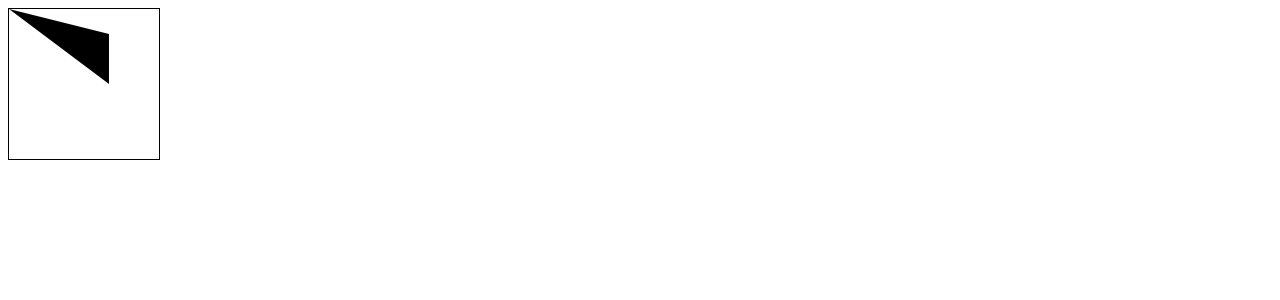
Repository: SeungYn/Javascript-study-toy
Page: canvas-tutorial/index.html
The author's editor kept a copy of each file at every save. The page is drawn from the files as they stood at one save, then again after the next save.
The browser window is 1280 px wide. The pictures show the whole page.

Above is the page before, as saved 2023-03-14 12:04:18.

### canvas-tutorial/index.html
<!DOCTYPE html>
<html lang="kr">
  <head>
    <meta charset="UTF-8" />
    <meta http-equiv="X-UA-Compatible" content="IE=edge" />
    <meta name="viewport" content="width=device-width, initial-scale=1.0" />

    <style type="text/css">
      #tutorial {
        border: 1px solid black;
      }
    </style>
  </head>
  <body>
    <canvas id="tutorial" width="150" height="150"></canvas>
  </body>

  <script>
    const canvas = document.getElementById('tutorial');
    var ctx = canvas.getContext('2d');

    ctx.beginPath();
    ctx.moveTo(0, 0); //시작 위치를 정함
    ctx.lineTo(100, 75); // 두번쨰 점
    ctx.lineTo(100, 25); // 세번째 점
    ctx.fill(); // 점들을 이어서 그리기

    fetch('/data.json')
      .then((item) => item.json())
      .then((res) => console.log(res));
  </script>
</html>

### canvas-tutorial/data.json
{
  "type": "Flexsys Mock API",
  "version": 1.0,
  "response": {
    "2023-02-01 14:32:00": {
      "id": "성북구",
      "value_area": 46,
      "value_bar": 13111
    },
    "2023-02-01 14:32:05": {
      "id": "강남구",
      "value_area": 9,
      "value_bar": 19143
    },
    "2023-02-01 14:32:10": {
      "id": "노원구",
      "value_area": 79,
      "value_bar": 14798
    },
    "2023-02-01 14:32:15": {
      "id": "중랑구",
      "value_area": 4,
      "value_bar": 14456
    },
    "2023-02-01 14:32:20": {
      "id": "노원구",
      "value_area": 97,
      "value_bar": 19116
    },
    "2023-02-01 14:32:25": {
      "id": "성북구",
      "value_area": 66,
      "value_bar": 18098
    },
    "2023-02-01 14:32:30": {
      "id": "중랑구",
      "value_area": 84,
      "value_bar": 16243
    },
    "2023-02-01 14:32:35": {
      "id": "강남구",
      "value_area": 5,
      "value_bar": 13100
    },
    "2023-02-01 14:32:40": {
      "id": "성북구",
      "value_area": 13,
      "value_bar": 19429
    },
    "2023-02-01 14:32:45": {
      "id": "노원구",
      "value_area": 50,
      "value_bar": 14923
    },
    "2023-02-01 14:32:50": {
      "id": "강남구",
      "value_area": 24,
      "value_bar": 10127
    },
    "2023-02-01 14:32:55": {
      "id": "강남구",
      "value_area": 98,
      "value_bar": 12583
    },
    "2023-02-01 14:33:00": {
      "id": "중랑구",
      "value_area": 7,
      "value_bar": 12310
    },
    "2023-02-01 14:33:05": {
      "id": "중랑구",
      "value_area": 21,
      "value_bar": 15764
    },
    "2023-02-01 14:33:10": {
      "id": "강남구",
      "value_area": 67,
      "value_bar": 11060
    },
    "2023-02-01 14:33:15": {
      "id": "강남구",
      "value_area": 69,
      "value_bar": 14857
    },
    "2023-02-01 14:33:20": {
      "id": "노원구",
      "value_area": 86,
      "value_bar": 13995
    },
    "2023-02-01 14:33:25": {
      "id": "중랑구",
      "value_area": 59,
      "value_bar": 14773
    },
    "2023-02-01 14:33:30": {
      "id": "노원구",
      "value_area": 77,
      "value_bar": 18347
    },
    "2023-02-01 14:33:35": {
      "id": "성북구",
      "value_area": 77,
      "value_bar": 15970
    },
    "2023-02-01 14:33:40": {
      "id": "성북구",
      "value_area": 27,
      "value_bar": 18577
    },
    "2023-02-01 14:33:45": {
      "id": "성북구",
      "value_area": 33,
      "value_bar": 11704
    },
    "2023-02-01 14:33:50": {
      "id": "성북구",
      "value_area": 17,
      "value_bar": 17241
    },
    "2023-02-01 14:33:55": {
      "id": "노원구",
      "value_area": 22,
      "value_bar": 14450
    },
    "2023-02-01 14:34:00": {
      "id": "중랑구",
      "value_area": 27,
      "value_bar": 14970
    },
    "2023-02-01 14:34:05": {
      "id": "중랑구",
      "value_area": 99,
      "value_bar": 17906
    },
    "2023-02-01 14:34:10": {
      "id": "강남구",
      "value_area": 65,
      "value_bar": 11233
    },
    "2023-02-01 14:34:15": {
      "id": "노원구",
      "value_area": 38,
      "value_bar": 17306
    },
    "2023-02-01 14:34:20": {
      "id": "성북구",
      "value_area": 63,
      "value_bar": 14577
    },
    "2023-02-01 14:34:25": {
      "id": "중랑구",
      "value_area": 58,
      "value_bar": 13199
    },
    "2023-02-01 14:34:30": {
      "id": "중랑구",
      "value_area": 93,
      "value_bar": 12707
    },
    "2023-02-01 14:34:35": {
      "id": "강남구",
      "value_area": 74,
      "value_bar": 15064
    },
    "2023-02-01 14:34:40": {
      "id": "강남구",
      "value_area": 45,
      "value_bar": 16300
    },
    "2023-02-01 14:34:45": {
      "id": "성북구",
      "value_area": 7,
      "value_bar": 14605
    },
    "2023-02-01 14:34:50": {
      "id": "노원구",
      "value_area": 7,
      "value_bar": 15210
    },
    "2023-02-01 14:34:55": {
      "id": "성북구",
      "value_area": 89,
      "value_bar": 13578
    },
    "2023-02-01 14:35:00": {
      "id": "중랑구",
      "value_area": 37,
      "value_bar": 11298
    },
    "2023-02-01 14:35:05": {
      "id": "노원구",
      "value_area": 82,
      "value_bar": 15686
    },
    "2023-02-01 14:35:10": {
      "id": "중랑구",
      "value_area": 19,
      "value_bar": 11485
    },
    "2023-02-01 14:35:15": {
      "id": "성북구",
      "value_area": 37,
      "value_bar": 16848
    },
    "2023-02-01 14:35:20": {
      "id": "성북구",
      "value_area": 91,
      "value_bar": 18670
    },
    "2023-02-01 14:35:25": {
      "id": "강남구",
      "value_area": 44,
      "value_bar": 17165
    },
    "2023-02-01 14:35:30": {
      "id": "성북구",
      "value_area": 88,
      "value_bar": 15053
    },
    "2023-02-01 14:35:35": {
      "id": "성북구",
      "value_area": 1,
      "value_bar": 14998
    },
    "2023-02-01 14:35:40": {
      "id": "강남구",
      "value_area": 7,
      "value_bar": 17739
    },
    "2023-02-01 14:35:45": {
      "id": "중랑구",
      "value_area": 17,
      "value_bar": 19212
    },
    "2023-02-01 14:35:50": {
      "id": "노원구",
      "value_area": 73,
      "value_bar": 16757
    },
    "2023-02-01 14:35:55": {
      "id": "노원구",
      "value_area": 24,
      "value_bar": 12864
    },
    "2023-02-01 14:36:00": {
      "id": "노원구",
      "value_area": 99,
      "value_bar": 10178
    },
    "2023-02-01 14:36:05": {
      "id": "성북구",
      "value_area": 13,
      "value_bar": 19425
    },
    "2023-02-01 14:36:10": {
      "id": "강남구",
      "value_area": 2,
      "value_bar": 12455
    },
    "2023-02-01 14:36:15": {
      "id": "노원구",
      "value_area": 91,
      "value_bar": 16945
    },
    "2023-02-01 14:36:20": {
      "id": "성북구",
      "value_area": 10,
      "value_bar": 13734
    },
    "2023-02-01 14:36:25": {
      "id": "성북구",
      "value_area": 14,
      "value_bar": 13894
    },
    "2023-02-01 14:36:30": {
      "id": "중랑구",
      "value_area": 82,
      "value_bar": 19367
    },
    "2023-02-01 14:36:35": {
      "id": "중랑구",
      "value_area": 71,
      "value_bar": 15492
    },
    "2023-02-01 14:36:40": {
      "id": "강남구",
      "value_area": 2,
      "value_bar": 19082
    },
    "2023-02-01 14:36:45": {
      "id": "노원구",
      "value_area": 24,
      "value_bar": 13117
    },
    "2023-02-01 14:36:50": {
      "id": "노원구",
      "value_area": 96,
      "value_bar": 15744
    },
    "2023-02-01 14:36:55": {
      "id": "성북구",
      "value_area": 74,
      "value_bar": 15609
    },
    "2023-02-01 14:37:00": {
      "id": "노원구",
      "value_area": 48,
      "value_bar": 14747
    },
    "2023-02-01 14:37:05": {
      "id": "중랑구",
      "value_area": 34,
      "value_bar": 15331
    },
    "2023-02-01 14:37:10": {
      "id": "노원구",
      "value_area": 73,
      "value_bar": 12292
    },
    "2023-02-01 14:37:15": {
      "id": "강남구",
      "value_area": 77,
      "value_bar": 11454
    },
    "2023-02-01 14:37:20": {
      "id": "강남구",
      "value_area": 94,
      "value_bar": 12972
    },
    "2023-02-01 14:37:25": {
      "id": "성북구",
      "value_area": 29,
      "value_bar": 19279
    },
    "2023-02-01 14:37:30": {
      "id": "노원구",
      "value_area": 73,
      "value_bar": 18371
    },
    "2023-02-01 14:37:35": {
      "id": "노원구",
      "value_area": 50,
      "value_bar": 13317
    },
    "2023-02-01 14:37:40": {
      "id": "강남구",
      "value_area": 65,
      "value_bar": 18504
    },
    "2023-02-01 14:37:45": {
      "id": "성북구",
      "value_area": 87,
      "value_bar": 16196
    },
    "2023-02-01 14:37:50": {
      "id": "강남구",
      "value_area": 14,
      "value_bar": 19701
    },
    "2023-02-01 14:37:55": {
      "id": "중랑구",
      "value_area": 80,
      "value_bar": 14836
    },
    "2023-02-01 14:38:00": {
      "id": "노원구",
      "value_area": 14,
      "value_bar": 13074
    },
    "2023-02-01 14:38:05": {
      "id": "성북구",
      "value_area": 25,
      "value_bar": 18335
    },
    "2023-02-01 14:38:10": {
      "id": "중랑구",
      "value_area": 22,
      "value_bar": 15022
    },
    "2023-02-01 14:38:15": {
      "id": "노원구",
      "value_area": 6,
      "value_bar": 12043
    },
    "2023-02-01 14:38:20": {
      "id": "중랑구",
      "value_area": 88,
      "value_bar": 11144
    },
    "2023-02-01 14:38:25": {
      "id": "강남구",
      "value_area": 1,
      "value_bar": 17518
    },
    "2023-02-01 14:38:30": {
      "id": "노원구",
      "value_area": 90,
      "value_bar": 18643
    },
    "2023-02-01 14:38:35": {
      "id": "성북구",
      "value_area": 98,
      "value_bar": 18318
    },
    "2023-02-01 14:38:40": {
      "id": "중랑구",
      "value_area": 4,
      "value_bar": 10746
    },
    "2023-02-01 14:38:45": {
      "id": "강남구",
      "value_area": 43,
      "value_bar": 18806
    },
    "2023-02-01 14:38:50": {
      "id": "중랑구",
      "value_area": 43,
      "value_bar": 16209
    },
    "2023-02-01 14:38:55": {
      "id": "강남구",
      "value_area": 91,
      "value_bar": 14273
    },
    "2023-02-01 14:39:00": {
      "id": "성북구",
      "value_area": 31,
      "value_bar": 19193
    },
    "2023-02-01 14:39:05": {
      "id": "성북구",
      "value_area": 92,
      "value_bar": 19661
    },
    "2023-02-01 14:39:10": {
      "id": "노원구",
      "value_area": 20,
      "value_bar": 19574
    },
    "2023-02-01 14:39:15": {
      "id": "중랑구",
      "value_area": 72,
      "value_bar": 18963
    },
    "2023-02-01 14:39:20": {
      "id": "강남구",
      "value_area": 15,
      "value_bar": 13083
    },
    "2023-02-01 14:39:25": {
      "id": "성북구",
      "value_area": 34,
      "value_bar": 12868
    },
    "2023-02-01 14:39:30": {
      "id": "강남구",
      "value_area": 44,
      "value_bar": 10836
    },
    "2023-02-01 14:39:35": {
      "id": "중랑구",
      "value_area": 13,
      "value_bar": 14255
    },
    "2023-02-01 14:39:40": {
      "id": "노원구",
      "value_area": 35,
      "value_bar": 15437
    },
    "2023-02-01 14:39:45": {
      "id": "중랑구",
      "value_area": 95,
      "value_bar": 18426
    },
    "2023-02-01 14:39:50": {
      "id": "강남구",
      "value_area": 61,
      "value_bar": 11387
    },
    "2023-02-01 14:39:55": {
      "id": "성북구",
      "value_area": 18,
      "value_bar": 14312
    },
    "2023-02-01 14:40:00": {
      "id": "성북구",
      "value_area": 18,
      "value_bar": 18700
    },
    "2023-02-01 14:40:05": {
      "id": "중랑구",
      "value_area": 92,
      "value_bar": 18053
    },
    "2023-02-01 14:40:10": {
      "id": "강남구",
      "value_area": 75,
      "value_bar": 13460
    },
    "2023-02-01 14:40:15": {
      "id": "성북구",
      "value_area": 15,
      "value_bar": 14829
    }
  }
}

After the next save:
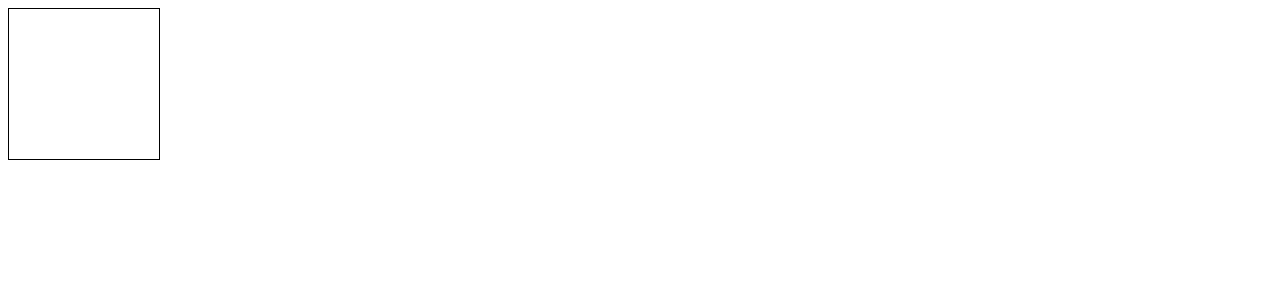
Console error: SyntaxError: Missing initializer in const declaration
Saved 26 s later.
--- a/canvas-tutorial/index.html
+++ b/canvas-tutorial/index.html
@@ -16,17 +16,18 @@
   </body>
 
   <script>
-    const canvas = document.getElementById('tutorial');
-    var ctx = canvas.getContext('2d');
+      const canvas = document.getElementById('tutorial');
+      var ctx = canvas.getContext('2d');
 
-    ctx.beginPath();
-    ctx.moveTo(0, 0); //시작 위치를 정함
-    ctx.lineTo(100, 75); // 두번쨰 점
-    ctx.lineTo(100, 25); // 세번째 점
-    ctx.fill(); // 점들을 이어서 그리기
+      ctx.beginPath();
+      ctx.moveTo(0, 0); //시작 위치를 정함
+      ctx.lineTo(100, 75); // 두번쨰 점
+      ctx.lineTo(100, 25); // 세번째 점
+      ctx.fill(); // 점들을 이어서 그리기
+    const data;
 
-    fetch('/data.json')
-      .then((item) => item.json())
-      .then((res) => console.log(res));
+      fetch('/data.json')
+        .then((item) => item.json())
+        .then((res) => data = res.response);
   </script>
 </html>

After the save that followed:
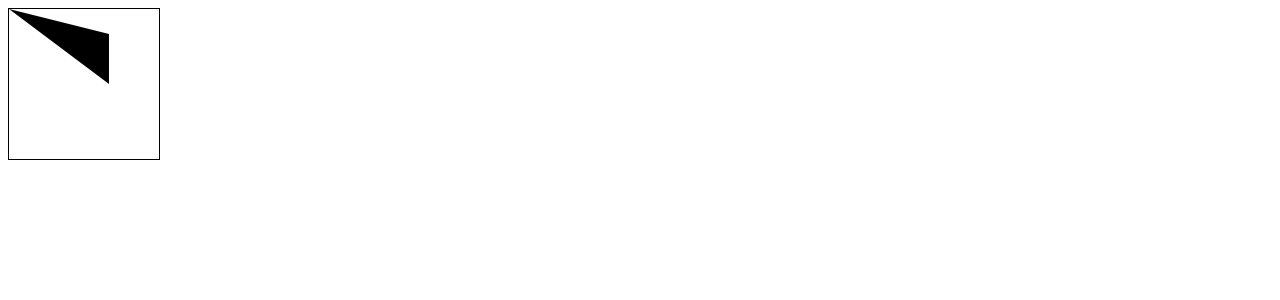
The error is gone.
Saved 6 s later.
--- a/canvas-tutorial/index.html
+++ b/canvas-tutorial/index.html
@@ -16,18 +16,18 @@
   </body>
 
   <script>
-      const canvas = document.getElementById('tutorial');
-      var ctx = canvas.getContext('2d');
+    const canvas = document.getElementById('tutorial');
+    var ctx = canvas.getContext('2d');
 
-      ctx.beginPath();
-      ctx.moveTo(0, 0); //시작 위치를 정함
-      ctx.lineTo(100, 75); // 두번쨰 점
-      ctx.lineTo(100, 25); // 세번째 점
-      ctx.fill(); // 점들을 이어서 그리기
-    const data;
+    ctx.beginPath();
+    ctx.moveTo(0, 0); //시작 위치를 정함
+    ctx.lineTo(100, 75); // 두번쨰 점
+    ctx.lineTo(100, 25); // 세번째 점
+    ctx.fill(); // 점들을 이어서 그리기
+    let data;
 
-      fetch('/data.json')
-        .then((item) => item.json())
-        .then((res) => data = res.response);
+    fetch('/data.json')
+      .then((item) => item.json())
+      .then((res) => (data = res.response));
   </script>
 </html>
